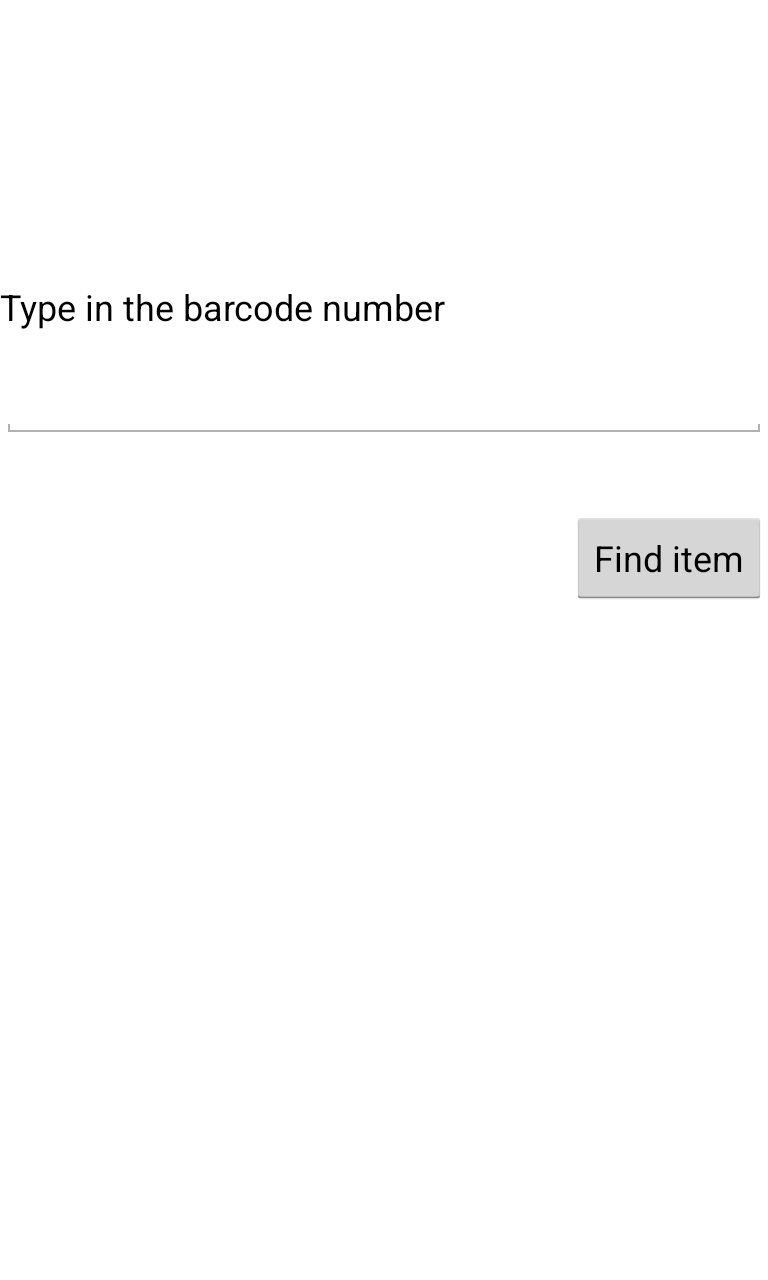
Repository: harvard-lil/wtwba-android-app
Layout: wtwba/res/layout/activity_type_barcode.xml
These files come from the project's save history. The layout is drawn as it stood at one moment and after the next save; the edit follows.
It is drawn on a 768 x 1280 px phone screen (xhdpi) without system bars, with theme AppTheme; the app's code is not run.

Above is the layout before, as saved 2013-03-20 15:59:31.

After the next save:
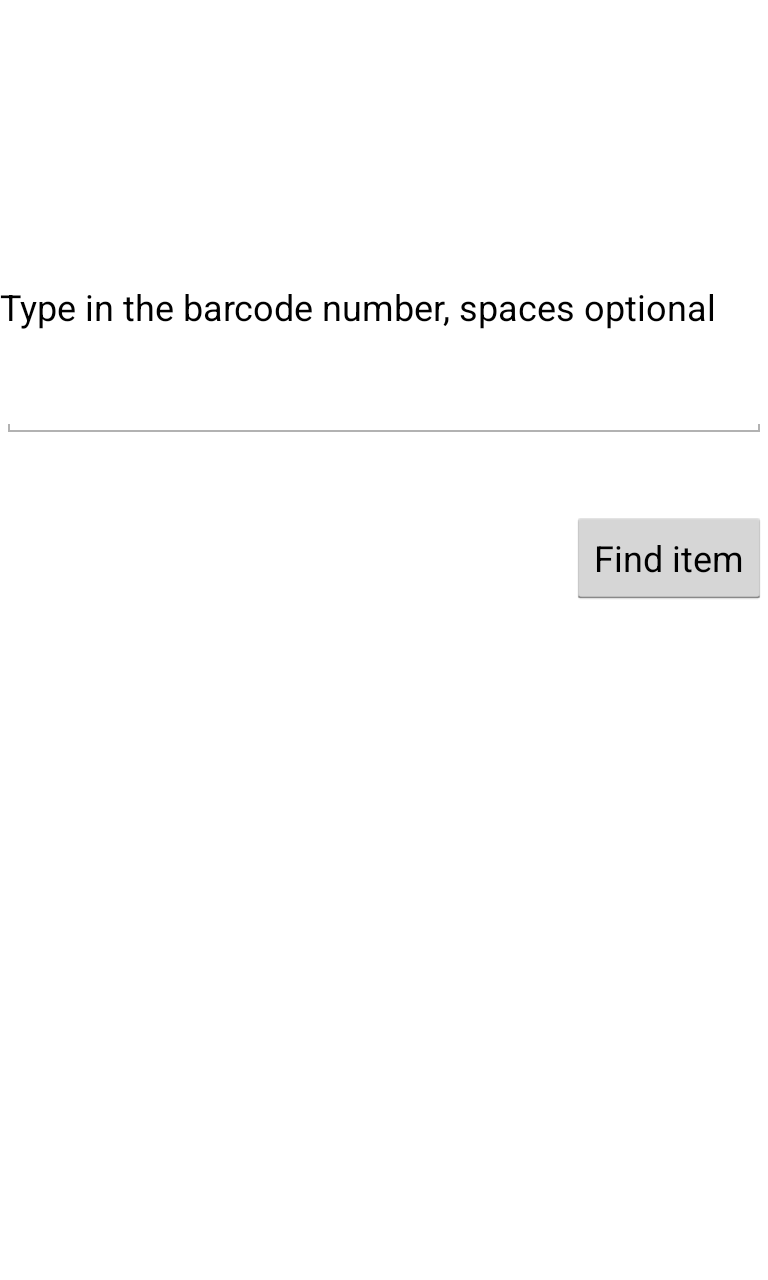
Saved 66 s later.
--- a/wtwba/res/values/strings.xml
+++ b/wtwba/res/values/strings.xml
@@ -28,7 +28,7 @@
     <string name="menu_settings">Settings</string>
     <string name="scan_error">Something went wrong when when I tried to add the item. Sorry. Can you give it a try again?</string>
     <string name="title_activity_main">MainActivity</string>
-    <string name="type_barcode_instructions">Type in the barcode number</string>
+    <string name="type_barcode_instructions">Type in the barcode number, spaces optional</string>
     <string name="hello_world">Hello world!</string>
     <string name="title_holder">Sample Title Here</string>
     <string name="connection_error">Unable to connect to network</string>
